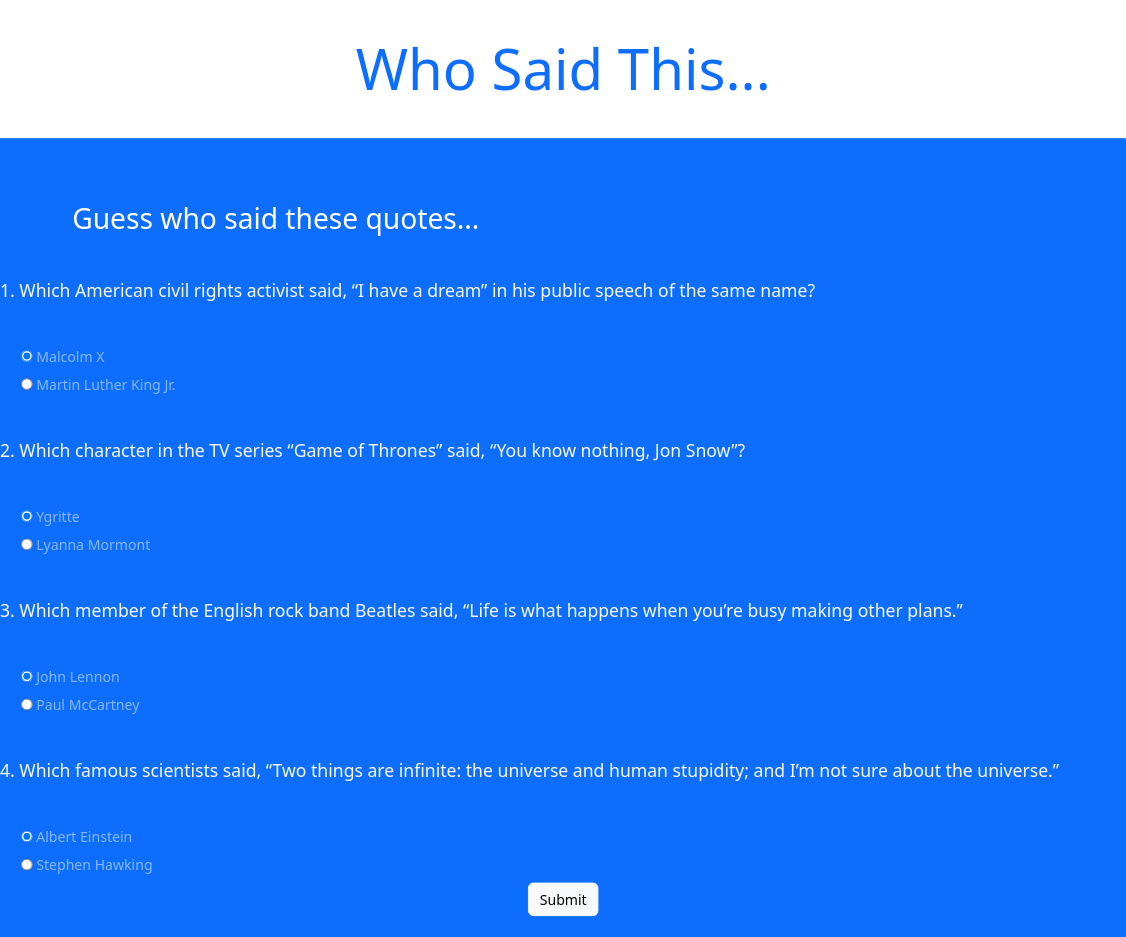
Repository: julihocc/netninja-quiz
Page: index.html
These files come from the project's save history. The page is drawn as it stood at one moment and after the next save; the edit follows.
The browser window is 1280 px wide. The pictures show the whole page, at 88% of full size.

Above is the page before, as saved 2022-09-27 19:40:56.

### index.html
<!DOCTYPE html>
<html lang="en">

<head>
    <meta charset="UTF-8">
    <meta http-equiv="X-UA-Compatible" content="IE=edge">
    <meta name="viewport" content="width=device-width, initial-scale=1.0">

    <!-- CSS only -->
    <link href="https://cdn.jsdelivr.net/npm/bootstrap@5.2.1/dist/css/bootstrap.min.css" rel="stylesheet"
        integrity="sha384-iYQeCzEYFbKjA/T2uDLTpkwGzCiq6soy8tYaI1GyVh/UjpbCx/TYkiZhlZB6+fzT" crossorigin="anonymous">

    <title>Who Said It...</title>
</head>

<body>

    <div class="intro py-3 bg-white text-center">
        <div class="container">
            <h2 class="text-primary display-3 my-4">
                Who Said This...
            </h2>
        </div>
    </div>


    <!-- step 3.1 result section  -->
    <div class="result py-4 d-none bg-light text-center">
        <div class="container lead">
            <p>
                You are <span class="text-primary display-4 p-3">0%</span> quotation master.
            </p>
        </div>
    </div>


    <div class="quiz py-4 bg-primary">
        <div class="container lead">
            <h2 class="my-5 text-white">
                Guess who said these quotes...
            </h2>
        </div>


        <form class="text-light" id="quiz-form">

            <!-- question #1 -->
            <div class="my-5">
                <p class="lead font-weight-normal">
                    1. Which American civil rights activist said, “I have a dream” in his public speech of the same
                    name?
                </p>
            </div>
            <div class="form-check my-2 text-white-50" >
                <input type="radio" name="q1" value="A" id="q11" checked> <label class="form-check-label" for="q11">Malcolm X</label>
            </div>
            <div class="form-check my-2 text-white-50">
                <input type="radio" name="q1" value="B" id="q12"> <label class="form-check-label" for="q12">Martin Luther King Jr.</label>
            </div>

            <!-- question #2 -->
            <div class="my-5">
                <p class="lead font-weight-normal">
                    2. Which character in the TV series “Game of Thrones” said,
                            “You know nothing, Jon Snow”?
                </p>
            </div>
            <div class="form-check my-2 text-white-50">
                <input type="radio" name="q2" value="A" checked> <label class="form-check-label">Ygritte</label>
            </div>
            <div class="form-check my-2 text-white-50">
                <input type="radio" name="q2" value="B"> <label class="form-check-label">Lyanna Mormont</label>
            </div>

            <!-- question #3 -->
            <div class="my-5">
                <p class="lead font-weight-normal"> 3. Which member of the English rock band Beatles said, “Life
                    is what happens when you’re busy making other plans.”
                </p>
            </div>
            <div class="form-check my-2 text-white-50">
                <input type="radio" name="q3" value="A" checked> <label class="form-check-label">  John Lennon</label>
            </div>
            <div class="form-check my-2 text-white-50">
                <input type="radio" name="q3" value="B"> <label class="form-check-label">  Paul McCartney</label>
            </div>

            <!-- question #4 -->
            <div class="my-5">
                <p class="lead font-weight-normal"> 4. Which famous scientists said, “Two things are infinite:
                    the universe and human stupidity; and I’m not sure about the universe.”
                </p>
            </div>
            <div class="form-check my-2 text-white-50">
                <input type="radio" name="q4" value="A" checked> <label class="form-check-label">  Albert Einstein</label>
            </div>
            <div class="form-check my-2 text-white-50">
                <input type="radio" name="q4" value="B"> <label class="form-check-label">   Stephen Hawking</label>
            </div>

            <div class="text-center">
                <input type="submit" class="btn btn-light">
            </div>

        </form>

    </div>

    <script src="app.js"></script>
</body>

</html>

### app.js
const correctAnswers = ['B', 'A', 'A', 'A'];

const form = document.getElementById('quiz-form');

form.addEventListener('submit', e => {

    e.preventDefault() ;

    let score = 0;

    const userAnswers = [form.q1.value, form.q2.value, form.q3.value, form.q4.value]

    userAnswers.forEach((answer, index) => {
        if(answer === correctAnswers[index]){
            score += 25;
        }
    })

    console.log(score);

})

After the next save:
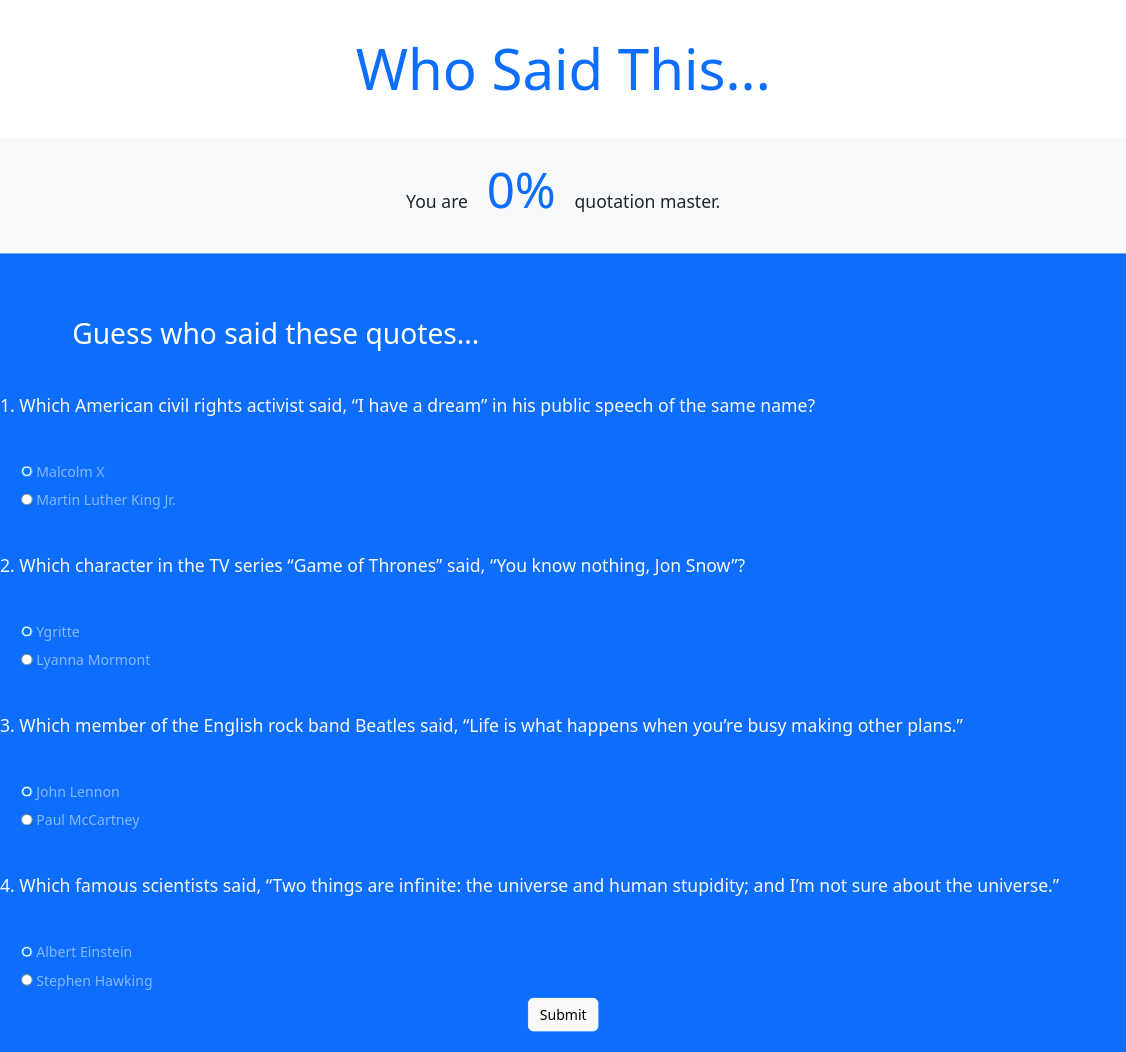
Saved 12 s later.
--- a/index.html
+++ b/index.html
@@ -25,7 +25,7 @@
 
 
     <!-- step 3.1 result section  -->
-    <div class="result py-4 d-none bg-light text-center">
+    <div class="result py-4 bg-light text-center">
         <div class="container lead">
             <p>
                 You are <span class="text-primary display-4 p-3">0%</span> quotation master.

After the save that followed:
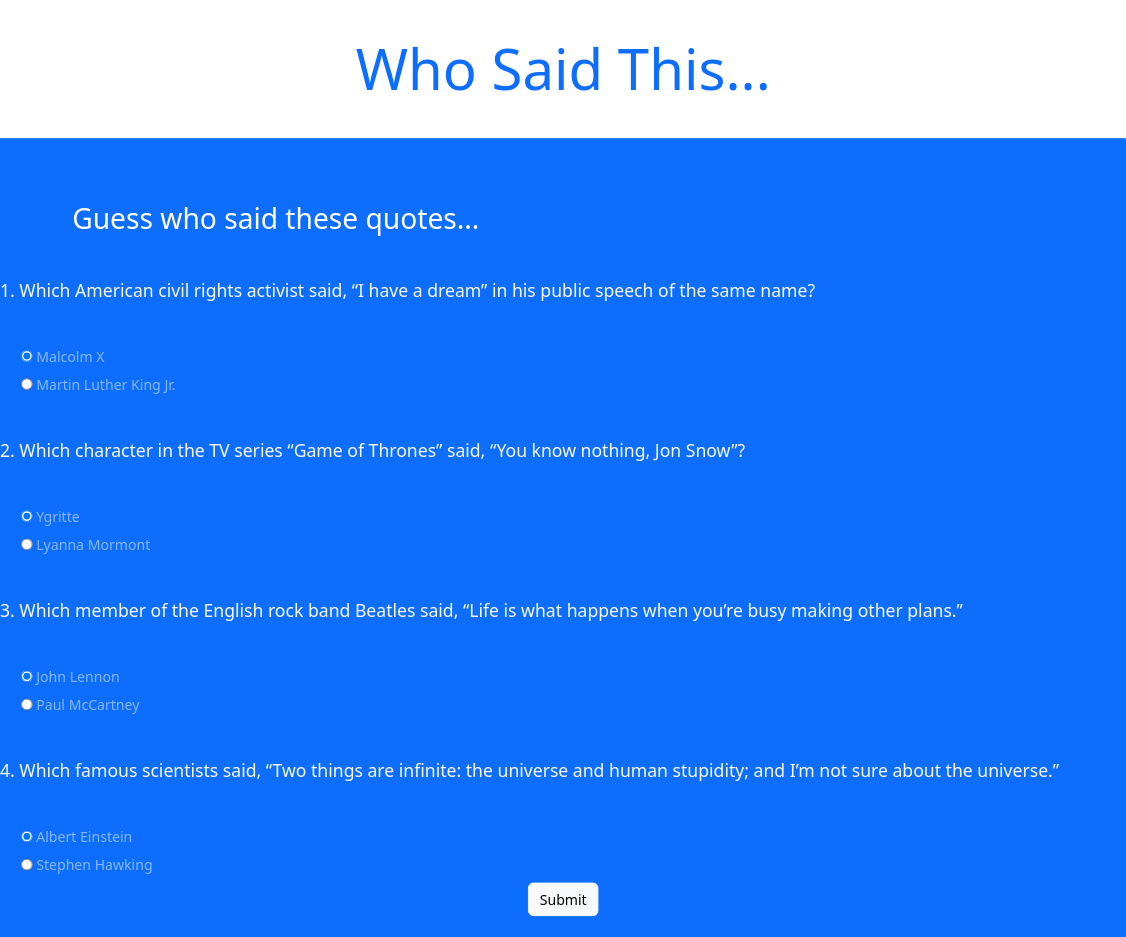
Saved 15 s later.
--- a/index.html
+++ b/index.html
@@ -25,7 +25,7 @@
 
 
     <!-- step 3.1 result section  -->
-    <div class="result py-4 bg-light text-center">
+    <div class="result py-4  d-none bg-light text-center">
         <div class="container lead">
             <p>
                 You are <span class="text-primary display-4 p-3">0%</span> quotation master.
